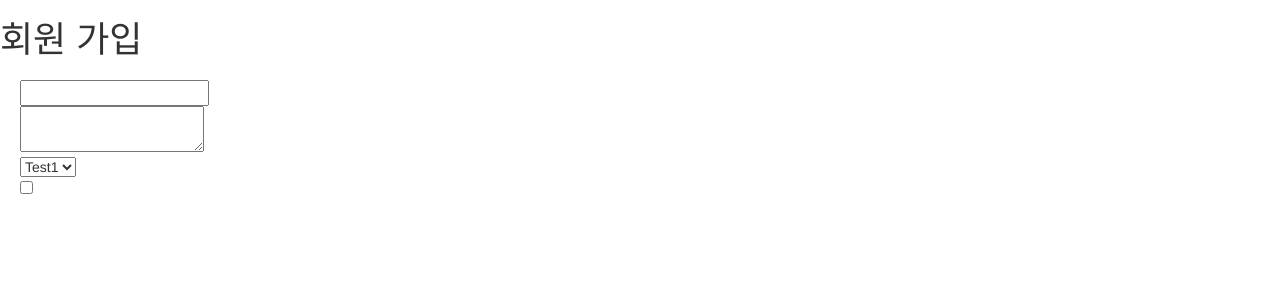
Repository: park-nahyun/BootstrapStudy
Page: BootstrapWork/WebContent/BootEx03.html
The author's editor kept a copy of each file at every save. The page is drawn from the files as they stood at one save, then again after the next save.
The browser window is 1280 px wide. The pictures show the whole page.

Above is the page before, as saved 2021-07-01 03:48:12.

After the next save:
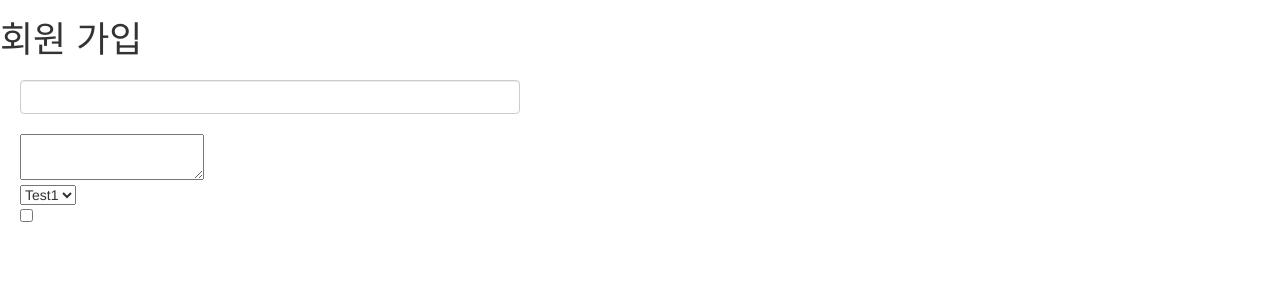
Saved 11 s later.
--- a/BootstrapWork/WebContent/BootEx03.html
+++ b/BootstrapWork/WebContent/BootEx03.html
@@ -15,7 +15,7 @@
 
 <form action="" style="width:500px; margin:20px;">
 
-	<input type="text">
+	<input type="text" class="form-control">
 	<br>
 
 	<textarea rows="" cols=""></textarea>
